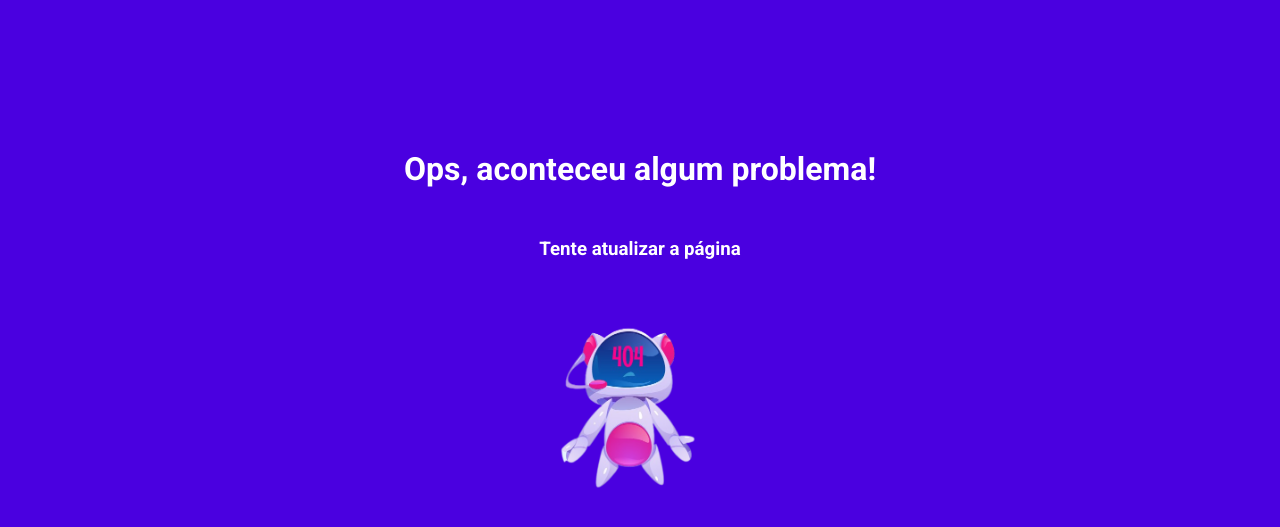
Repository: pettinelli1202/Ana-VirtualAssistant
Page: html/error-page.html
The author's editor kept a copy of each file at every save. The page is drawn from the files as they stood at one save, then again after the next save.
The browser window is 1280 px wide. The pictures show the whole page.
Some web fonts or font styles are not loaded; a fallback is used.

Above is the page before, as saved 2023-05-11 21:59:24.

### html/error-page.html
<!DOCTYPE html>
<html lang="pt-BR">

<head>
    <meta charset="UTF-8">
    <meta http-equiv="X-UA-Compatible" content="IE=edge">
    <meta name="viewport" content="width=device-width, initial-scale=1.0">
    <link rel="stylesheet" href="../css/error-page-style.css">
    <title>Erro 404</title>
</head>

<body>
    <div class="circle-one"></div>
    <div class="circle-two"></div>
    <div class="circle-three"></div>
    <div class="circle-four"></div>

    <h1>Ops, aconteceu algum problema!</h1>
    <h3>Tente atualizar a página</h3>

    <img id="ana-image-error" src="../media/ana3-removebg-erro.png" alt="" width="200px">

</body>

</html>

### css/error-page-style.css
@import url('https://fonts.googleapis.com/css2?family=Bruno+Ace&display=swap');
@import url('https://fonts.googleapis.com/css2?family=Roboto:wght@100;400;700;900&display=swap');

* {
    box-sizing: border-box;
    margin: 0;
    padding: 0;
}

body {
    font-family: 'Roboto', sans-serif;
    background-color: #4a00e0;
}

h1,
h3 {
    margin-top: 50px;
    text-align: center;
    color: white;
}

#ana-image-error {
    display: block;
    margin: auto;
    animation: floating 3s ease-in-out infinite
}

@keyframes floating {
    0% { transform: translate(0,  0px); }
    50%  { transform: translate(0, 15px); }
    100%   { transform: translate(0, -0px); }
}

.circle-one{
    display: fixed;
    margin
    background-color: aqua;
    width: 100px;
    height: 100px;
    border-radius: 50%;
}

After the next save:
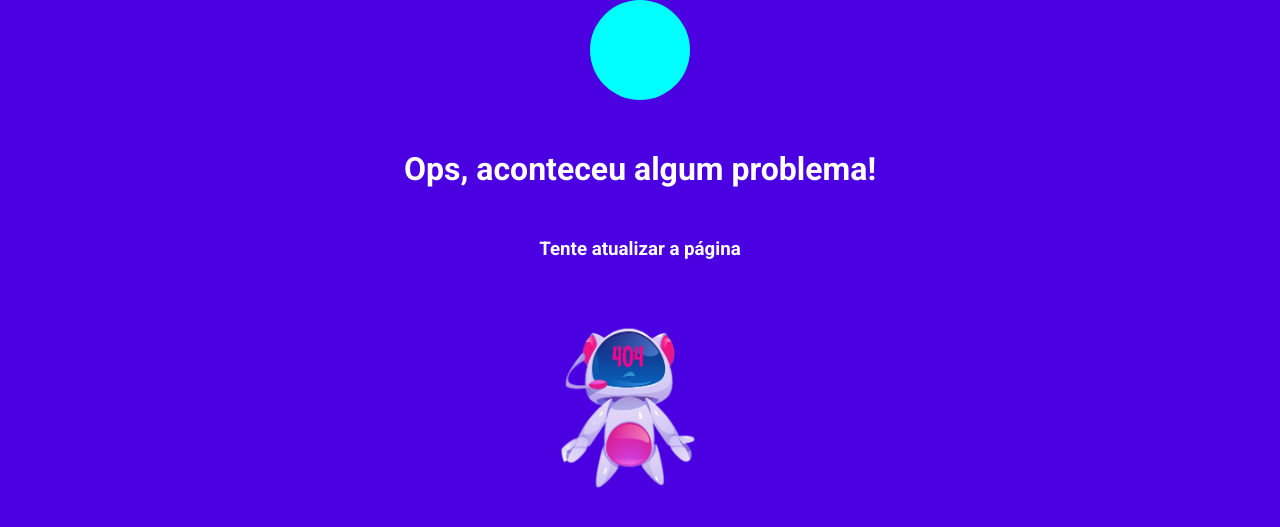
Saved 6 s later.
--- a/css/error-page-style.css
+++ b/css/error-page-style.css
@@ -33,7 +33,7 @@ h3 {
 
 .circle-one{
     display: fixed;
-    margin
+    margin: auto;
     background-color: aqua;
     width: 100px;
     height: 100px;
